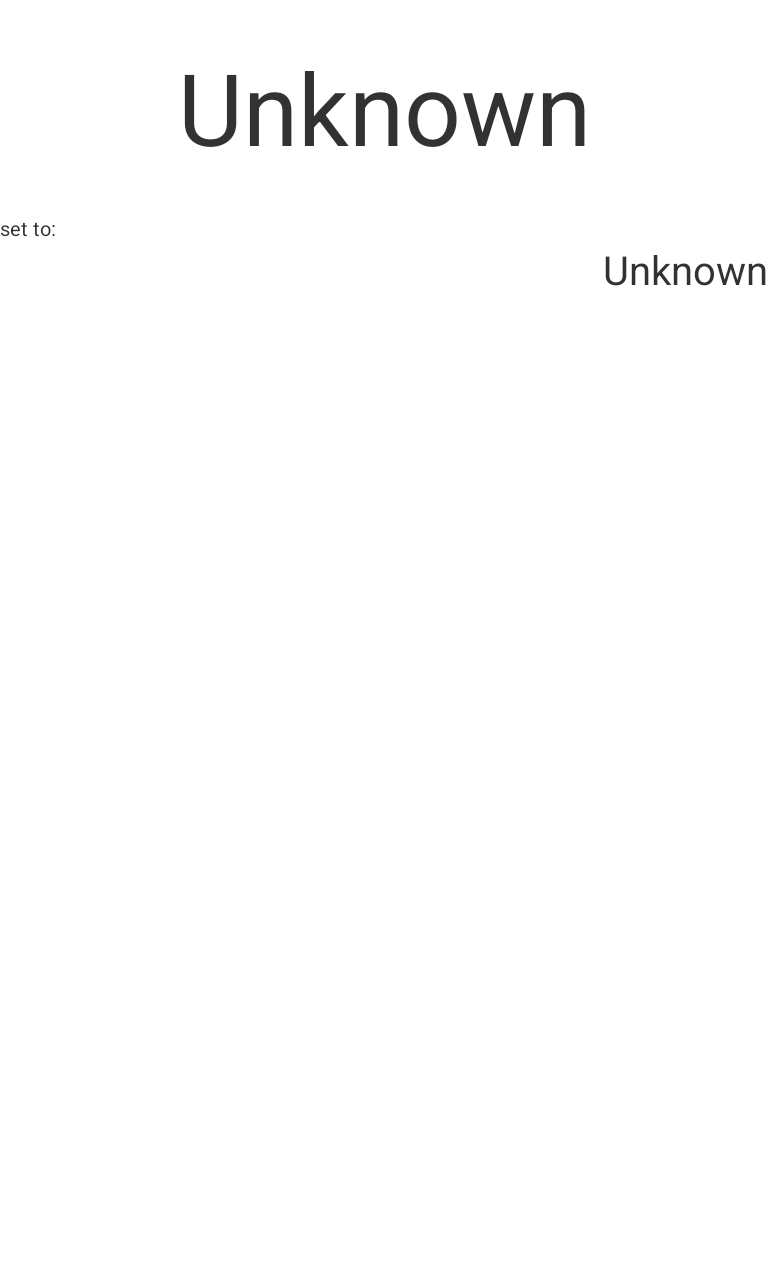
Repository: finerrecliner/SmartVent
Layout: SmartVent/res/layout/activity_room.xml
The author's editor kept a copy of each file at every save. The layout is drawn from the files as they stood at one save, then again after the next save.
It is drawn on a 768 x 1280 px phone screen (xhdpi) without system bars, with theme AppTheme; the app's code is not run.

Above is the layout before, as saved 2013-11-03 16:34:12.

After the next save:
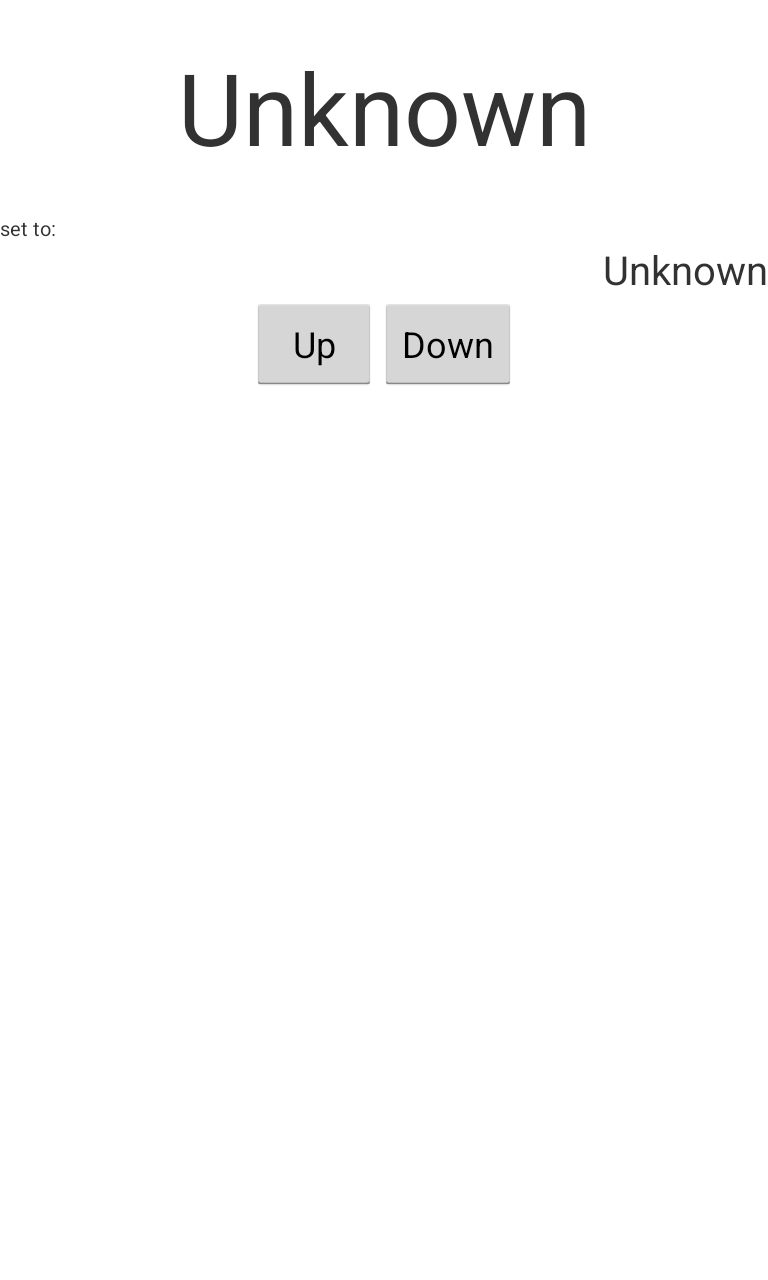
Saved 6 s later.
--- a/SmartVent/res/layout/activity_room.xml
+++ b/SmartVent/res/layout/activity_room.xml
@@ -37,7 +37,6 @@
             android:gravity="right"
             android:text="@string/unknown"
             android:textSize="20sp" />
-    </LinearLayout>
 
     <LinearLayout
         android:id="@+id/set_temp_buttons"
